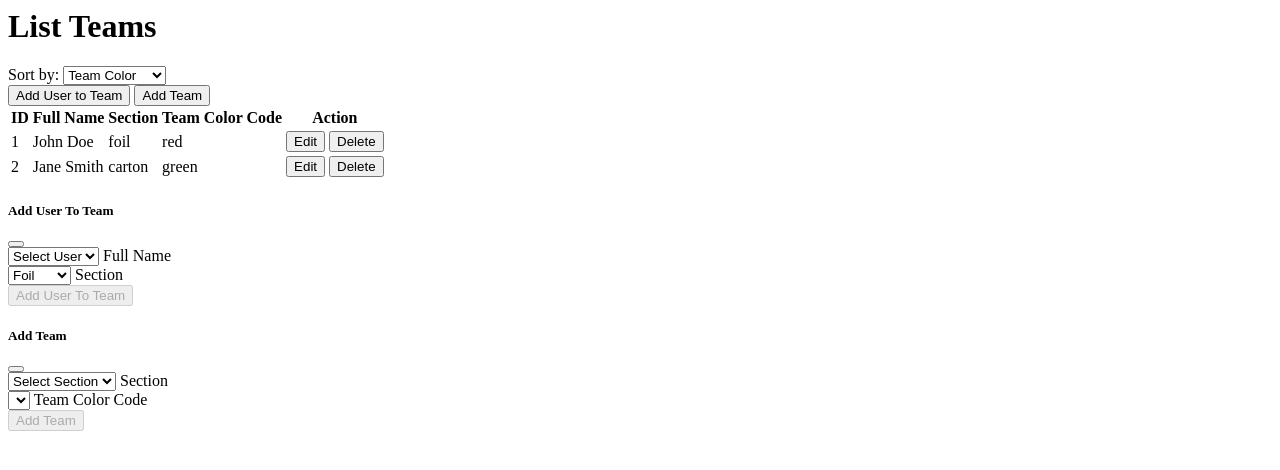
Repository: Daigtas/Shiftman
Page: partials/list-teams.html
The author's editor kept a copy of each file at every save. The page is drawn from the files as they stood at one save, then again after a run of saves.
The browser window is 1280 px wide. The pictures show the whole page.

Above is the page before, as saved 2025-02-04 12:40:40.

### partials/list-teams.html
<h1 data-translate-key="listteamstitle">List Teams</h1>
<div class="container-fluid mt-4">
    <div class="btn-toolbar mb-3" role="toolbar" aria-label="Toolbar with button groups">
        <div class="input-group">
            <label class="input-group-text" for="sortSelect" data-translate-key="sortby">Sort by:</label>
            <select class="form-select" id="sortSelect">
                <option value="teamcolor" data-translate-key="sortbyteamcolor">Team Color</option>
                <option value="teamsection" data-translate-key="sortbyteamsection">Team Section</option>
                <option value="fullname" data-translate-key="sortbyfullname">fullname</option>
            </select>
        </div>
        <button type="button" class="btn btn-primary ml-3" data-bs-toggle="modal" data-bs-target="#addusertoTeamModal" data-translate-key="addusertoteam">Add User to Team</button>
        <button type="button" class="btn btn-primary ml-3" data-bs-toggle="modal" data-bs-target="#addTeamModal" data-translate-key="addteam">Add Team</button>

    </div>
    <div class="table-responsive">
        <table class="table table-bordered table-striped" id="usersTable">
            <thead class="thead-dark">
                <tr>
                    <th scope="col" data-translate-key="id">ID</th>
                    <th scope="col" data-translate-key="fullname">Full Name</th>
                    <th scope="col" data-translate-key="section">Section</th>
                    <th scope="col" data-translate-key="teamcolorcode">Team Color Code</th>
                    <th scope="col" data-translate-key="action">Action</th>
                </tr>
            </thead>
            <tbody>
                <!-- Example data, replace with dynamic data -->
                <tr>
                    <td>1</td>
                    <td>John Doe</td>
                    <td>foil</td>
                    <td>red</td>
                    <td>
                        <button class="btn btn-warning btn-sm" data-translate-key="edit">Edit</button>
                        <button class="btn btn-danger btn-sm" data-translate-key="delete">Delete</button>
                    </td>
                </tr>
                <tr>
                    <td>2</td>
                    <td>Jane Smith</td>
                    <td>carton</td>
                    <td>green</td>
                    <td>
                        <button class="btn btn-warning btn-sm" data-translate-key="edit">Edit</button>
                        <button class="btn btn-danger btn-sm" data-translate-key="delete">Delete</button>
                    </td>
                </tr>
                <!-- Add more rows as needed -->
            </tbody>
        </table>
    </div>
</div>

<!-- Add User to Team Modal -->
<div class="modal fade" id="addusertoTeamModal" tabindex="-1" aria-labelledby="addUserModalLabel" aria-hidden="true">
    <div class="modal-dialog">
        <div class="modal-content">
            <div class="modal-header">
                <h5 class="modal-title" id="addUserToTeamModalLabel" data-translate-key="addusertoteam">Add User To Team</h5>
                <button type="button" class="btn-close" data-bs-dismiss="modal" aria-label="Close"></button>
            </div>
            <div class="modal-body">
                <form id="addUserForm">
                    <div class="form-floating mb-3">
                        <select class="form-select" id="userFullName" required>
                            <option value="" disabled selected data-translate-key="selectuser">Select User</option>
                            <option value="john_doe" data-translate-key="johndoe">John Doe</option>
                            <option value="jane_smith" data-translate-key="janesmith">Jane Smith</option>
                            <!-- Add more options as needed -->
                        </select>
                        <label for="userFullName" data-translate-key="fullname">Full Name</label>
                    </div>
                    <div class="form-floating mb-3">
                        <select class="form-select" id="section" required>
                            <option value="foil" data-translate-key="foil">Foil</option>
                            <option value="carton" data-translate-key="carton">Carton</option>
                        </select>
                        <label for="section" data-translate-key="section">Section</label>
                    </div>
                    <button type="submit" class="btn btn-primary" id="addUserSubmit" disabled data-translate-key="addusertoteam">Add User To Team</button>
                </form>
            </div>
        </div>
    </div>
</div>
<!-- Add User to Team Modal -->
<div class="modal fade" id="addTeamModal" tabindex="-1" aria-labelledby="addTeamModalLabel" aria-hidden="true">
    <div class="modal-dialog">
        <div class="modal-content">
            <div class="modal-header">
                <h5 class="modal-title" id="addTeamModalLabel" data-translate-key="addteam">Add Team</h5>
                <button type="button" class="btn-close" data-bs-dismiss="modal" aria-label="Close"></button>
            </div>
            <div class="modal-body">
                <form id="addUserForm">
                    <div class="form-floating mb-3">
                        <select class="form-select" id="selectSection" required>
                            <option value="" disabled selected data-translate-key="selectsection">Select Section</option>
                            <option value="Foil" data-translate-key="selectsectionfoil">Foil</option>
                            <option value="Carton" data-translate-key="selectsectioncarton">Carton</option>
                        </select>
                        <label for="selectsection" data-translate-key="selectteamsection">Section</label>
                    </div>
                    <div class="form-floating mb-3">
                        <select class="form-select" id="teamcolorcode" required>
                        </select>
                        <label for="teamcolorcode" data-translate-key="teamcolorcode">Team Color Code</label>
                    </div>
                    <button type="submit" class="btn btn-primary" id="addTeamSubmit" disabled data-translate-key="addteam">Add Team</button>
                </form>
            </div>
        </div>
    </div>
</div>

<link rel="stylesheet" href="css/register-user.css">

### css/register-user.css
/* jQuery UI styling */
.ui-state-hover {
    background-color: #e2e6ea !important;
}

.ui-state-active {
    background-color: #d6d8db !important;
}

/* Modal styling */
#addUserModal {
    display: none;
    z-index: 1050; /* Ensure the modal is on the top layer */
}

After the next 2 saves:
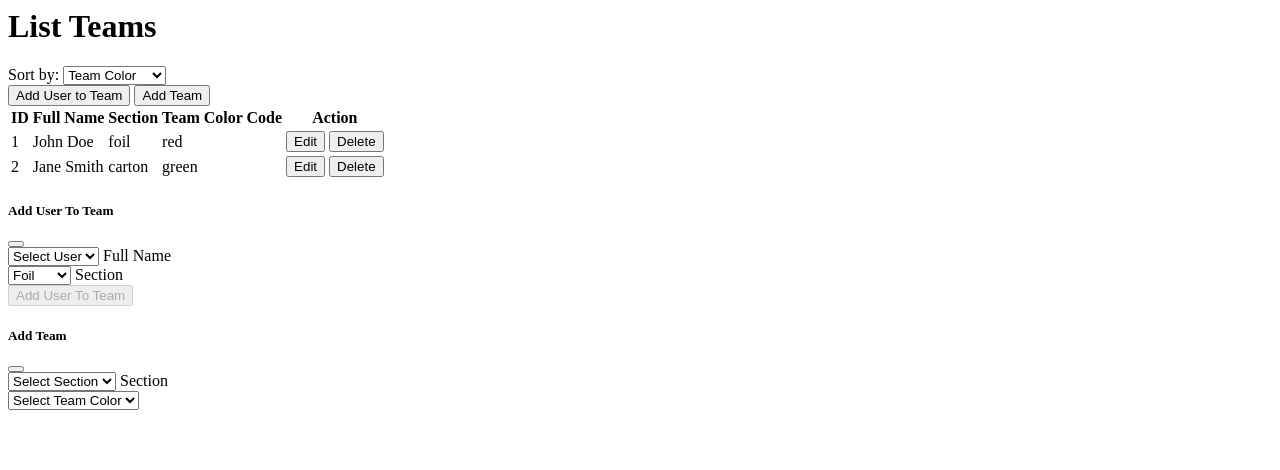
The 2 saves are shown as one change because they came seconds apart.
The last was saved 40 s later.
--- a/partials/list-teams.html
+++ b/partials/list-teams.html
@@ -104,6 +104,16 @@
                     </div>
                     <div class="form-floating mb-3">
                         <select class="form-select" id="teamcolorcode" required>
+                            <option value="" disabled selected data-translate-key="selectteamcolor">Select Team Color</option>
+                            <option value="red" data-translate-key="red">Red</option>
+                            <option value="green" data-translate-key="green">Green</option>
+                            <option value="blue" data-translate-key="blue">Blue</option>
+                            <option value="yellow" data-translate-key="yellow">Yellow</option>
+                            <option value="orange" data-translate-key="orange">Orange</option>
+                            <option value="purple" data-translate-key="purple">Purple</option>
+                            <option value="pink" data-translate-key="pink">Pink</option>
+                            <option value="brown" data-translate-key="brown">Brown</option>
+                            <option value="black" data-translate-key="black">Black</option
                         </select>
                         <label for="teamcolorcode" data-translate-key="teamcolorcode">Team Color Code</label>
                     </div>
